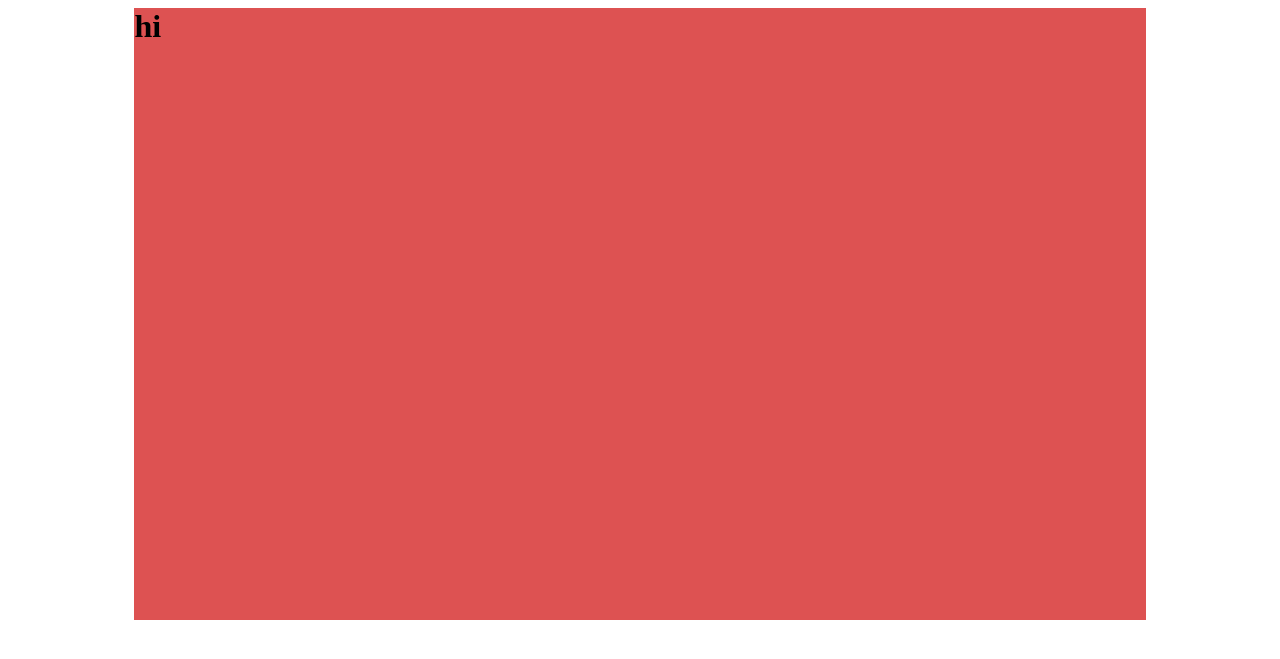
Repository: Rammjay/vimala-activity-report
Page: http://localhost/
An editor plug-in stored every save of this project. The page is shown before and after the next save, followed by the edit.
The browser window is 1280 px wide. The pictures show the whole page.
The page is served by the project's application, run on Django 5.2 (report/manage.py). Other server files are loaded and not shown.

Above is the page before, as saved 2024-09-22 11:12:54.

### vim/report/reports/templates/1.html
<html>
    <head>

    <style>
        .container {
            max-width: 80%;
            margin: auto;
            height: 85vh;
            background-color: rgb(221, 82, 82);
        }

        .navbar a {
            color: white;
            text-decoration: none;
            padding: 15px;
            display: block;
            font-family: Cambria, Cochin, Georgia, Times, 'Times New Roman', serif;
            text-align: center;
        }
        .navbar a:hover {
            background-color: rgb(101, 101, 101);
        }
        .navbar li {
            flex-grow: 1;
        }

    </style>
    </head>
    <body>
        <div class="container">
            <div class="header">

            </div>
            <h1>hi</h1>
        </div>
    </body>
</html>

### vim/report/report/views.py
from django.shortcuts import render, redirect
from django.core.exceptions import ValidationError
from reports.models import Table
import uuid
from django.http import HttpResponseRedirect


def main(request):

    return render(request, '1.html')

### vim/report/report/urls.py
"""
URL configuration for report project.

The `urlpatterns` list routes URLs to views. For more information please see:
    https://docs.djangoproject.com/en/5.1/topics/http/urls/
Examples:
Function views
    1. Add an import:  from my_app import views
    2. Add a URL to urlpatterns:  path('', views.home, name='home')
Class-based views
    1. Add an import:  from other_app.views import Home
    2. Add a URL to urlpatterns:  path('', Home.as_view(), name='home')
Including another URLconf
    1. Import the include() function: from django.urls import include, path
    2. Add a URL to urlpatterns:  path('blog/', include('blog.urls'))
"""
from django.contrib import admin
from django.urls import path
from . import views

urlpatterns = [
    path('admin/', admin.site.urls),
    path('',views.main, name="main"),
]

After the next save:
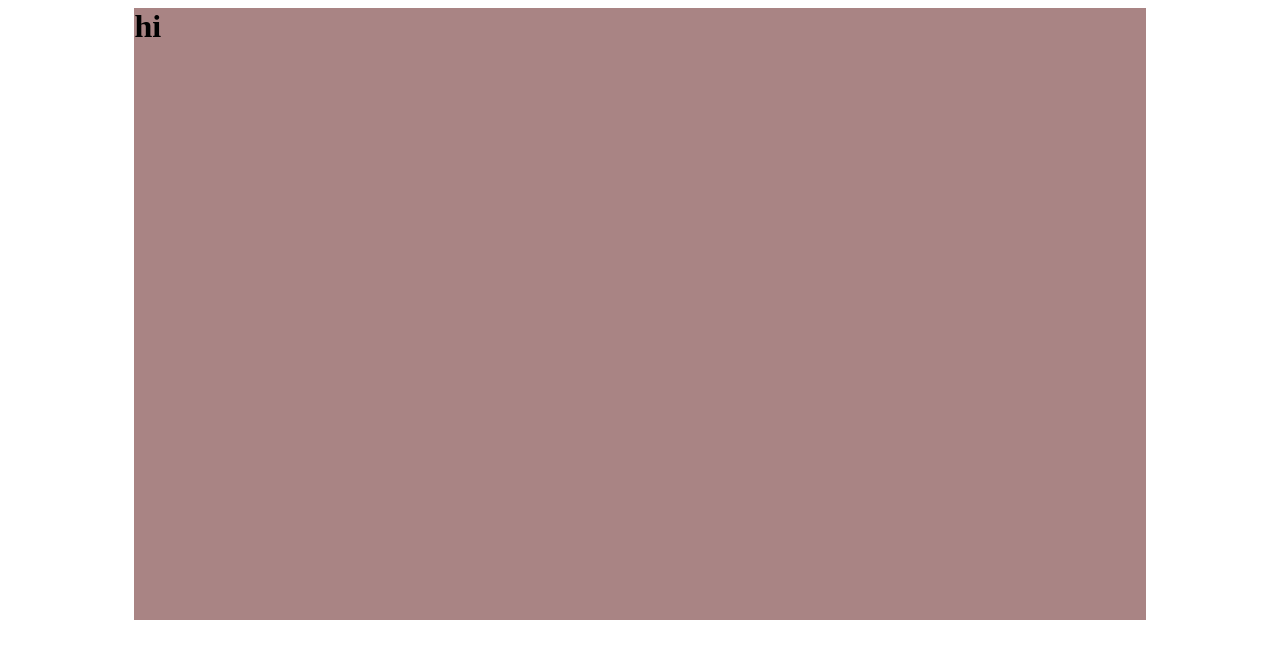
Saved 17 s later.
--- a/vim/report/reports/templates/1.html
+++ b/vim/report/reports/templates/1.html
@@ -6,7 +6,7 @@
             max-width: 80%;
             margin: auto;
             height: 85vh;
-            background-color: rgb(221, 82, 82);
+            background-color: rgb(169, 132, 132);
         }
 
         .navbar a {
